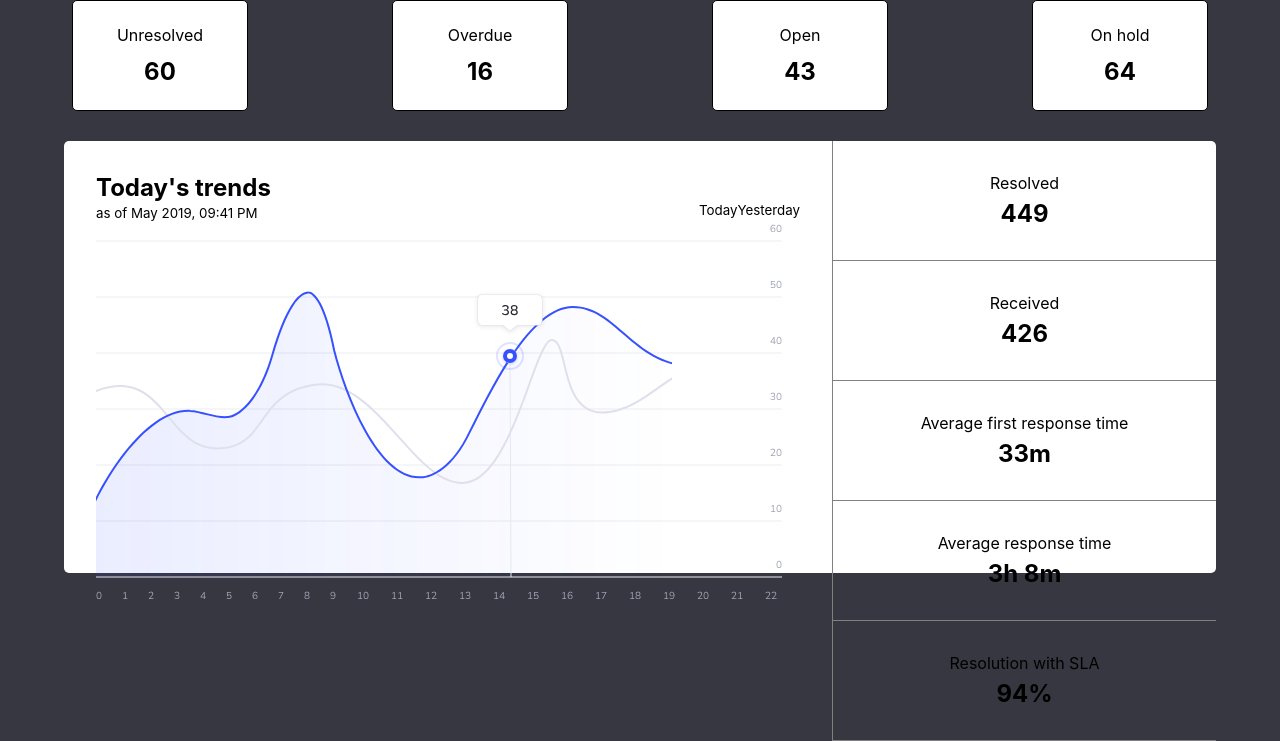
Repository: BuduCE/dashboard
Page: /
These files come from the project's save history. The page is drawn as it stood at one moment and after the next save; the edit follows.
The browser window is 1280 px wide. The pictures show the whole page.
Some web libraries are served in a nearby version. The project was rebuilt for these pictures with package versions that can differ from the ones it lists, and the page was loaded fresh each time.

Above is the page before, as saved 2022-08-03 23:28:45.

After the next save:
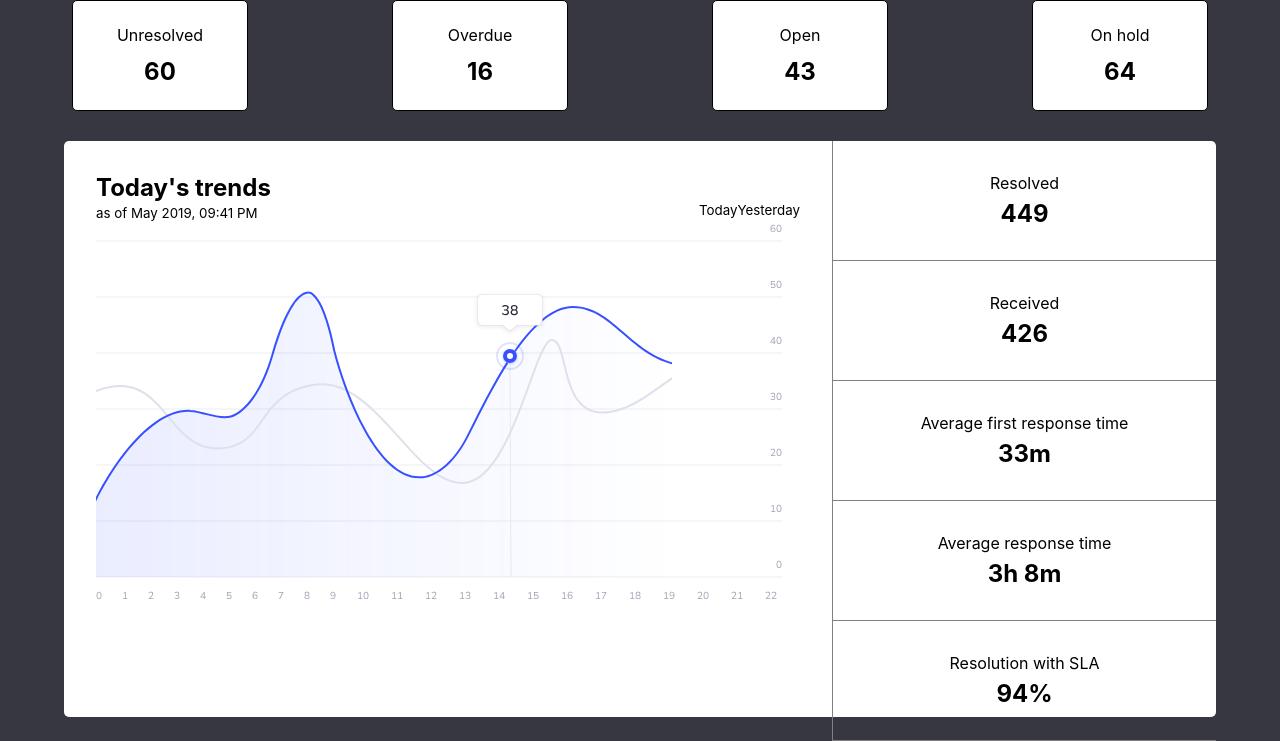
Saved 24 s later.
--- a/src/pages/Overview/styles.css
+++ b/src/pages/Overview/styles.css
@@ -26,7 +26,7 @@
     background: #fff;
     margin: auto;
     border-radius: 5px;
-    height: 60vh;
+    height: 80vh;
     margin-top: 30px;
     display: grid;
     grid-template-columns: 2fr 1fr;
